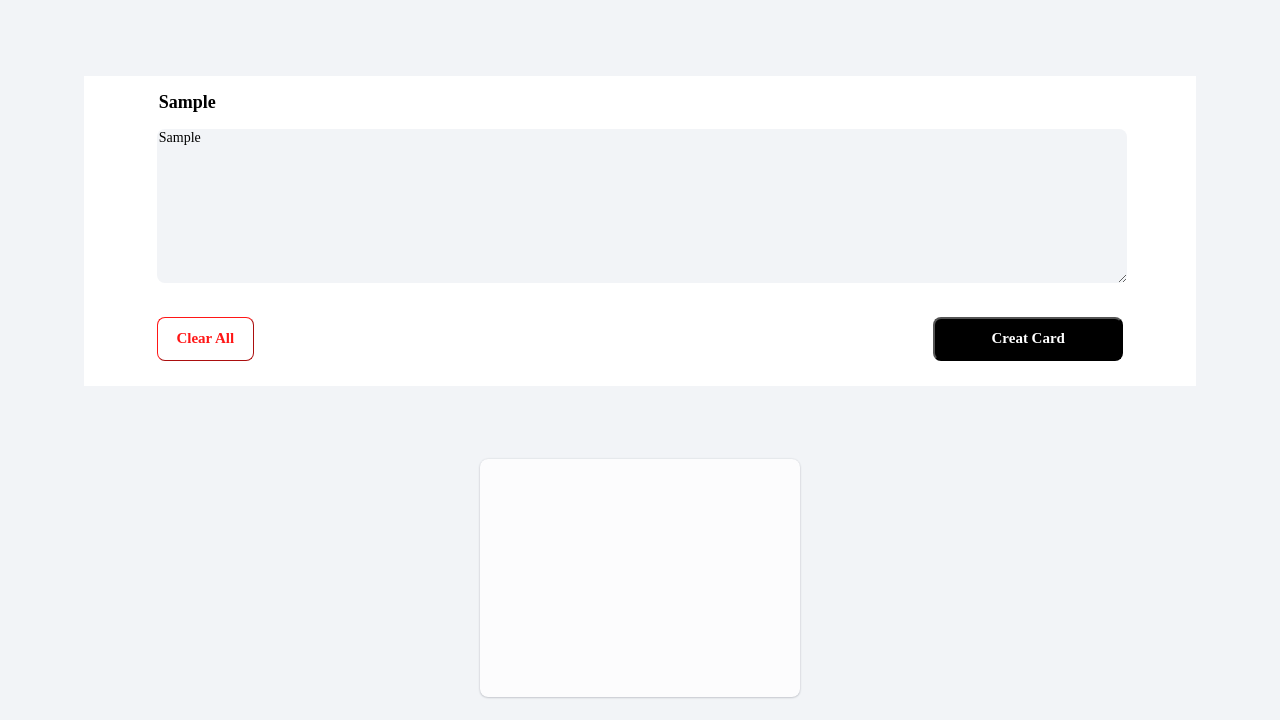
Repository: ReyhanehRahmani/TO-DO
Page: index.html
The author's editor kept a copy of each file at every save. The page is drawn from the files as they stood at one save, then again after the next save.
The browser window is 1280 px wide. The pictures show the whole page.
Empty fields were first filled with sample values (such as "Sample", 5 or name@example.com).
After loading, the first visible `#creatbut` was clicked once.

Above is the page before, as saved 2025-06-08 10:42:07.
Console error: TypeError: Cannot read properties of null (reading 'appendChild')

After the next save:
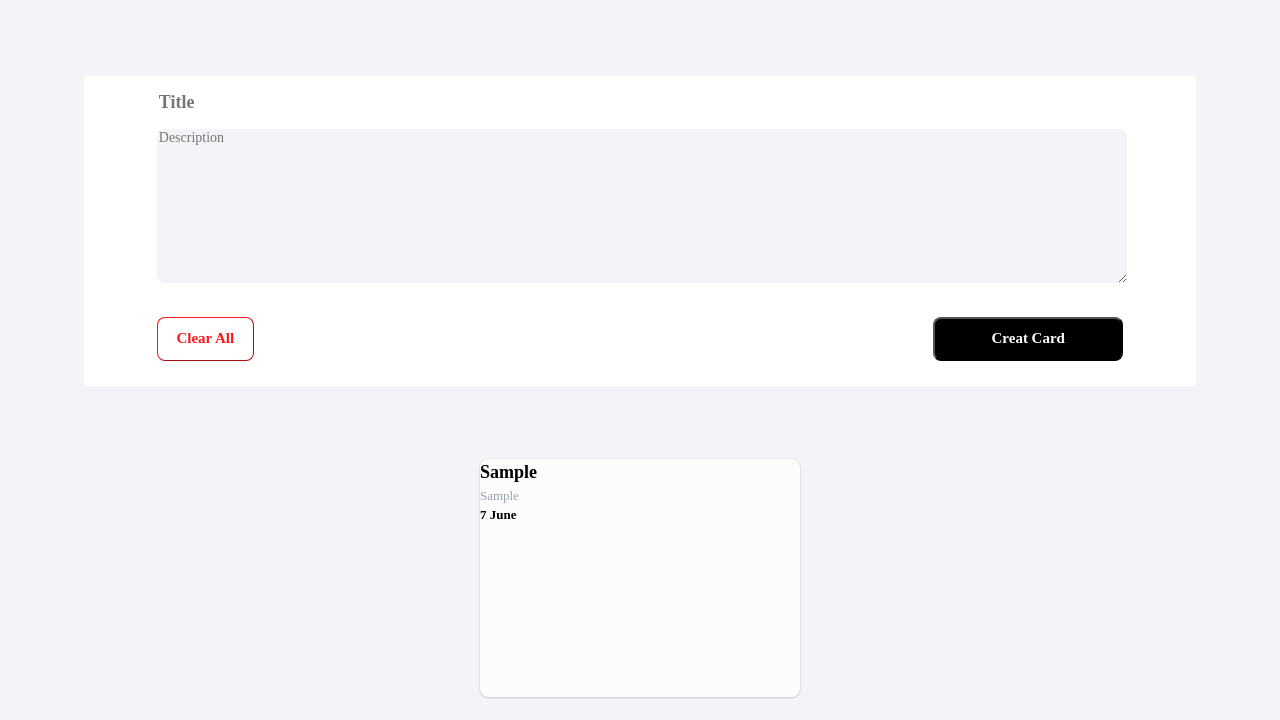
The error is gone.
Saved 16 s later.
--- a/script.js
+++ b/script.js
@@ -8,6 +8,8 @@ document.getElementById("creatbut").onclick = function () {
 
     const cardItems =document.createElement("div");
     card.classList.add("cardItem");
+
+    card.appendChild(cardItems);
 
     const titleElem = document.createElement("div");
     titleElem.classList.add("cardTitle");
@@ -35,7 +37,6 @@ document.getElementById("creatbut").onclick = function () {
     cardItems.appendChild(dateElem);
 
     document.getElementById("cardsContainer").appendChild(card);
-    document.getElementById("card").appendChild(cardItems);
 
     document.getElementById("titlebox").value = "";
     document.getElementById("descriptionbox").value = "";
